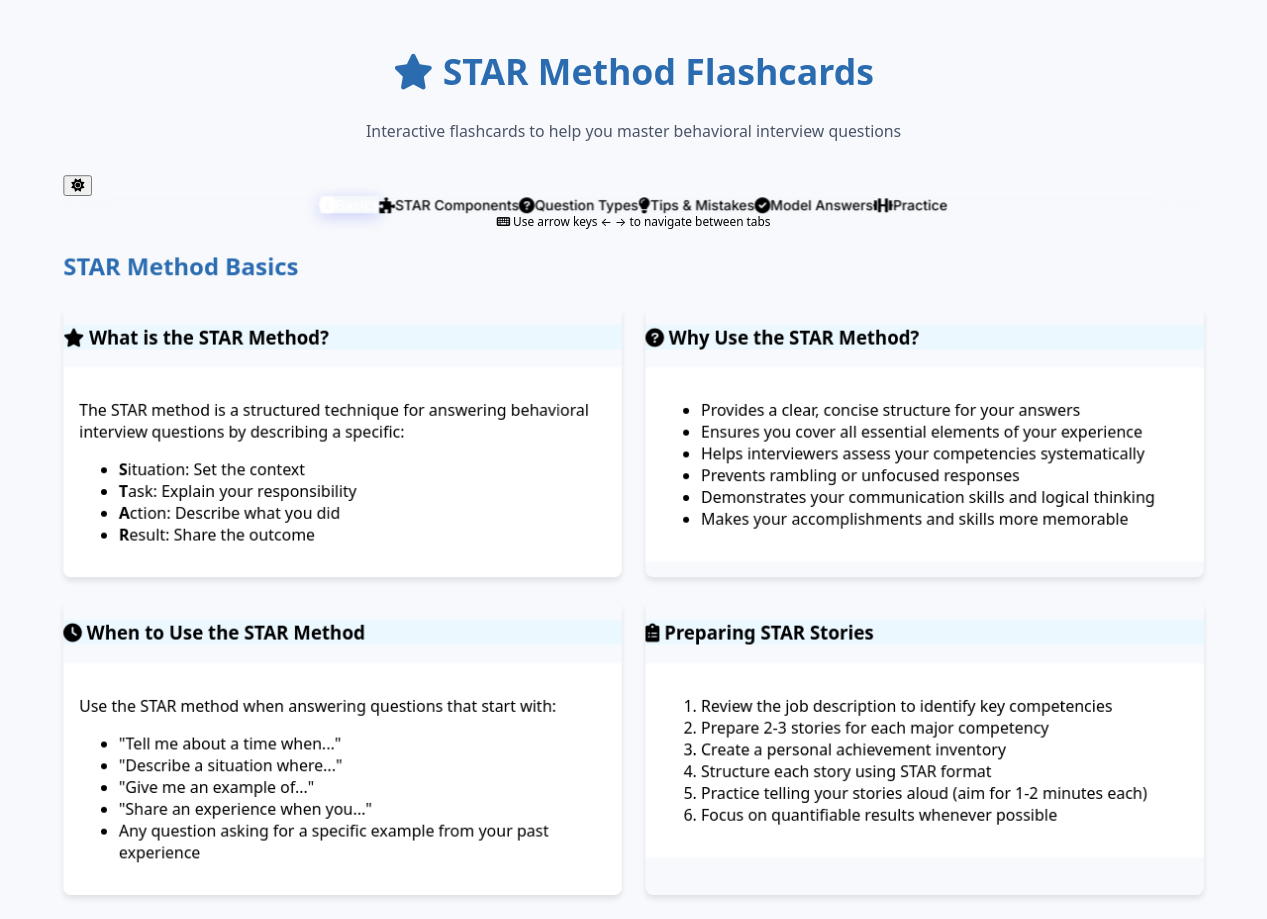
Repository: Clementjatts/star-interview-flashcards
Page: index.html
These files come from the project's save history. The page is drawn as it stood at one moment and after the next save; the edit follows.
The browser window is 1280 px wide. The pictures show the whole page, at 99% of full size.

Above is the page before, as saved 2025-05-02 20:50:56.

After the next save:
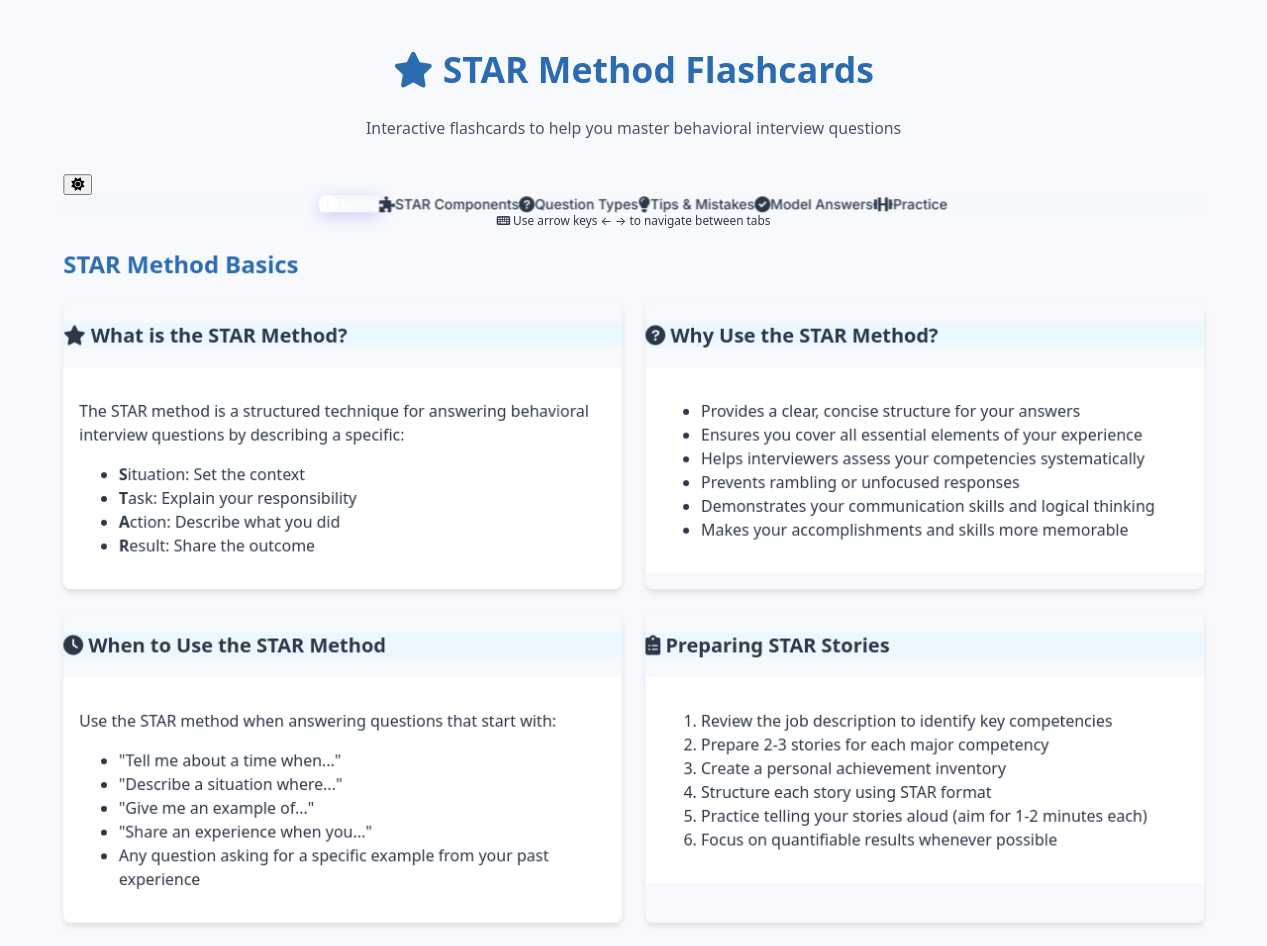
Saved 12 s later.
--- a/styles/base.css
+++ b/styles/base.css
@@ -2,6 +2,34 @@
 body {
     background-color: #f7f9fc;
     font-family: system-ui, -apple-system, BlinkMacSystemFont, "Segoe UI", Roboto, sans-serif;
+    color: #2d3748;
+    line-height: 1.5;
+}
+
+/* Typography */
+h1, h2, h3, h4, h5, h6 {
+    font-family: system-ui, -apple-system, BlinkMacSystemFont, "Segoe UI", Roboto, sans-serif;
+    font-weight: 600;
+    line-height: 1.25;
+    color: #2d3748;
+}
+
+h2.section-title {
+    color: #2b6cb0;
+    font-size: 1.5rem;
+    font-weight: 700;
+}
+
+h3 {
+    font-size: 1.25rem;
+}
+
+p {
+    margin-bottom: 0.75rem;
+}
+
+strong {
+    font-weight: 600;
 }
 
 .max-w-6xl {
